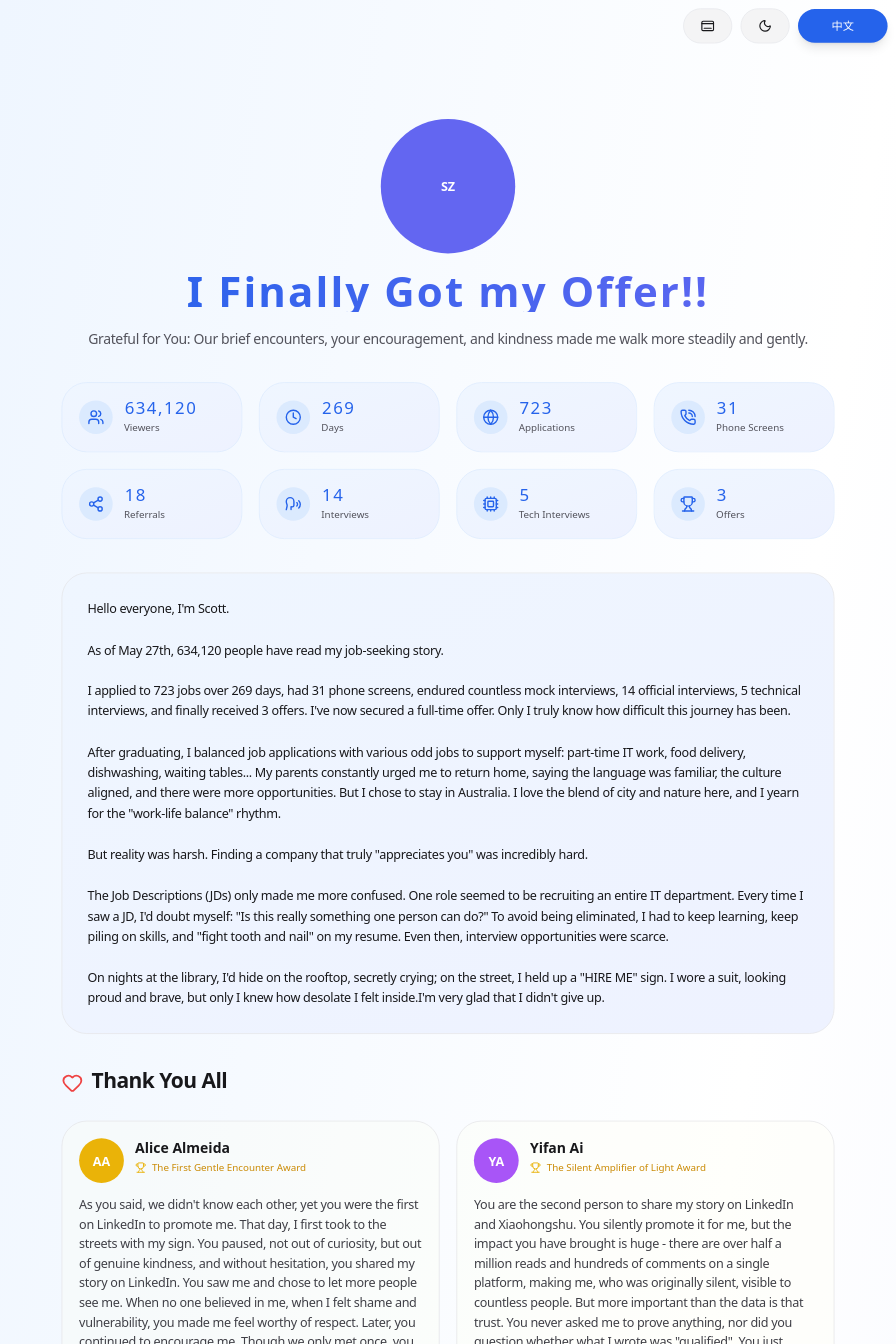
Repository: Xianzhezhang97/ThankYou
Page: /
An editor plug-in stored every save of this project. The page is shown before and after the next save, followed by the edit.
The browser window is 1280 px wide. The pictures show the part of the page from y = 0 to 1920 px (the page is 9072 px tall), at 70% of full size.
Pictures or frames that could not be fetched are drawn as grey boxes. The page's requests for data from a server got no answer. The project was rebuilt for these pictures with package versions that can differ from the ones it lists, and the page was loaded fresh each time. The framework's server and built-in components were replaced by stand-ins that run in the browser. No one was signed in, and anything a server would have sent is missing. Also part of the build but not shown: next.config.ts.

Above is the page before, as saved 2025-06-16 02:09:56.

### app/layout.tsx
/** @format */

import type { Metadata } from 'next';
import '@/styles/globals.css';
import { ThemeProvider } from 'next-themes';

export const metadata: Metadata = {
  title: 'Scott Zhang - My Journey',
  description: 'A story of perseverance and success in job hunting',
};

export default function RootLayout({
  children,
}: Readonly<{
  children: React.ReactNode;
}>) {
  return (
    <html
      lang='en'
      suppressHydrationWarning
    >
      <body>
        <ThemeProvider
          attribute='class'
          defaultTheme='system'
        >
          {children}
        </ThemeProvider>
      </body>
    </html>
  );
}

### app/components/LinkedInAvatar.tsx
/** @format */

import { Linkedin } from 'lucide-react';
import Link from 'next/link';
import React, { useState, useEffect } from 'react';

interface LinkedInAvatarProps {
  name: string;
  size?: string;
  src?: string;
  url?: string;
}

export const LinkedInAvatar = ({
  name,
  size = 'md:w-16 md:h-16 w-10 h-10',
  src,
  url,
}: LinkedInAvatarProps) => {
  const [showFallback, setShowFallback] = useState(false);
  const [isLinkValid, setIsLinkValid] = useState(true);

  // Check if the URL is valid (optional)
  useEffect(() => {
    if (url) {
      const checkUrl = async () => {
        try {
          // This is just a simple check - in production you might want to use a different approach
          // as direct fetch might be blocked by CORS
          const response = await fetch(url, {
            method: 'HEAD',
            mode: 'no-cors',
          });
          setIsLinkValid(true);
        } catch (error) {
          setIsLinkValid(false);
        }
      };

      checkUrl();
    } else {
      setIsLinkValid(false);
    }
  }, [url]);

  const getAvatarColor = (name: string) => {
    const colors = [
      'bg-blue-500',
      'bg-purple-500',
      'bg-green-500',
      'bg-yellow-500',
      'bg-red-500',
      'bg-indigo-500',
      'bg-pink-500',
      'bg-teal-500',
    ];
    const index = name
      .split('')
      .reduce((acc, char) => acc + char.charCodeAt(0), 0);
    return colors[index % colors.length];
  };

  const initials = name
    .split(' ')
    .map((n) => n[0])
    .join('')
    .substring(0, 2)
    .toUpperCase();

  // Show initials if no src, or image failed to load, or link is invalid
  const shouldShowInitials = !src || showFallback || !isLinkValid;

  return (
    <div>
      <div
        className={`${size} rounded-full ${
          shouldShowInitials ? getAvatarColor(name) : ''
        } flex items-center justify-center text-white font-bold text-lg relative`}
      >
        {!shouldShowInitials && (
          <img
            src={src}
            alt={name}
            onError={() => setShowFallback(true)}
            className='w-full h-full object-cover absolute inset-0 rounded-full'
          />
        )}
        {shouldShowInitials && initials}

        {name && url && isLinkValid && (
          <div className='absolute -bottom-1 -right-1 md:w-6 md:h-6 size-4 p-1 md:p-1.5 bg-blue-600 rounded-full flex items-center justify-center dark:bg-blue-600 dark:text-white'>
            <Linkedin className='md:size-4 size-3 text-white' />
          </div>
        )}
      </div>
    </div>
  );
};

### app/components/StatsCard.tsx
import { motion } from 'framer-motion';
import { LucideIcon } from 'lucide-react';
import { Number } from '@/stories/Components/Number/Number';

interface StatsCardProps {
  icon: LucideIcon;
  number: string;
  label: string;
  darkMode: boolean;
}

export const StatsCard = ({
  icon: Icon,
  number,
  label,
  darkMode,
}: StatsCardProps) => (
  <motion.div
    // layout
    whileHover={{ scale: 1.02 }}
    className={`p-6 rounded-xl  ${
      darkMode ? 'bg-zinc-800' : 'bg-gradient-to-br from-blue-50 to-indigo-50'
    } border ${darkMode ? 'border-zinc-700' : 'border-blue-100'}`}
  >
    <div className='flex items-center gap-4'>
      <div
        className={`p-3 rounded-lg ${darkMode ? 'bg-blue-600' : 'bg-blue-100'}`}
      >
        <Icon
          className={`w-6 h-6 ${darkMode ? 'text-white' : 'text-blue-600'}`}
        />
      </div>
      <div>
        <div>
          <Number
            value={number}
            format='none'
            animation='slide'
            duration={0.6}
            decimalPlaces={0}
            maxNumberPlaces={0}
            useShortFormat={false}
            className='text-2xl font-bold text-blue-600'
          />
        </div>
        <div
          className={`text-sm ${darkMode ? 'text-zinc-400' : 'text-zinc-600'}`}
        >
          {label}
        </div>
      </div>
    </div>
  </motion.div>
);

### app/components/PersonCard.tsx
/** @format */

import { useState } from 'react';
import { motion } from 'framer-motion';
import Link from 'next/link';
import { Trophy } from 'lucide-react';
import { LinkedInAvatar } from './LinkedInAvatar';
import { Person } from '../types';

interface PersonCardProps {
  person: Person;
  index: number;
  darkMode: boolean;
}

export const PersonCard = ({ person, index, darkMode }: PersonCardProps) => {
  const [isExpand, setExpand] = useState<boolean>(false);
  return (
    <motion.div
      initial={{ opacity: 0 }}
      whileInView={{ opacity: 1 }}
      transition={{ duration: 1 }}
      viewport={{ once: true, margin: '0px 0px -200px 0px' }}
      className={`p-6 rounded-xl  ${
        darkMode
          ? 'bg-sky-950 border-sky-900'
          : 'bg-yellow-50/20 border-zinc-200'
      } border transition-all duration-300`}
    >
      <Link
        href={person.url || '#'}
        target='_blank'
        className='flex items-start gap-4 mb-4'
      >
        <LinkedInAvatar name={person.name} src={person.src} url={person.url} />
        <div className='flex-1'>
          <h3 className='text-xl font-bold mb-1'>{person.name}</h3>
          <div className='flex items-center gap-2 mb-2'>
            <Trophy className='w-4 h-4 text-yellow-500' />
            <span
              className={`text-sm font-medium
                ${isExpand ? 'c' : ''}
                ${darkMode ? 'text-yellow-400' : 'text-yellow-600'}`}
            >
              {person.award}
            </span>
          </div>
        </div>
      </Link>
      <p
        className={`text-sm md:text-base lg:text-lg ${
          darkMode ? 'text-zinc-300' : 'text-zinc-700'
        } leading-relaxed`}
      >
        {person.description}
      </p>
    </motion.div>
  );
};

### app/data/stats.ts
import {
  Clock,
  Users,
  Globe,
  Star,
  Trophy,
  Cpu,
  Speech,
  PhoneCall,
  Share2,
} from 'lucide-react';

export const getStats = (language: 'zh' | 'en') =>
  language === 'zh'
    ? [
        { icon: Users, number: '634120', label: '关注' },
        { icon: Clock, number: '269', label: '天' },
        { icon: Globe, number: '723', label: '在线申请' },
        { icon: PhoneCall, number: '31', label: '电话面试' },
        { icon: Share2, number: '18', label: '内部推荐' },
        { icon: Speech, number: '14', label: '正式面试' },
        { icon: Cpu, number: '5', label: '技术面试' },
        { icon: Trophy, number: '3', label: '成功 Offer' },
      ]
    : [
        { icon: Users, number: '634120', label: 'Viewers' },
        { icon: Clock, number: '269', label: 'Days' },
        { icon: Globe, number: '723', label: 'Applications' },
        { icon: PhoneCall, number: '31', label: 'Phone Screens' },
        { icon: Share2, number: '18', label: 'Referrals' },
        { icon: Speech, number: '14', label: 'Interviews' },
        { icon: Cpu, number: '5', label: 'Tech Interviews' },
        { icon: Trophy, number: '3', label: 'Offers' },
      ];

### utils/cn.ts
/** @format */

import { clsx, type ClassValue } from 'clsx';
import { twMerge } from 'tailwind-merge';

export function cn(...inputs: ClassValue[]) {
  return twMerge(clsx(inputs));
}

### stories/Components/Number/util/formatNumber.tsx
import { NumberFormat, NumberType } from "../Number";
import { applyCurrencyShortFormat } from "./applyCurrencyShortFormat";
import { formatWithType } from "./formatWithType";

// This function formats a number based on the given format and locale.
// It supports different number formats (none, currency, percentage, decimal) and different number types (standard, scientific, engineering).
// It also supports short format for large numbers.
//
// Parameters:
// value: The number to format.
// format: The format to use for the number (none, currency, percentage, decimal).
// decimalPlaces: The number of decimal places to use.
// locale: The locale to use for the number.
// currencyType: The currency type to use for the number.
// useShortFormat: Whether to use short format for large numbers.
// numberType: The number type to use for the number (standard, scientific, engineering).
// maxNumberPlaces: The maximum number of places to use for the number.
// Returns: The formatted number as a string.

export const formatNumber = (
  value: number | string,
  format: NumberFormat = 'none',
  decimalPlaces: number = 0,
  locale: string = 'en-US',
  currencyType: string = 'USD',
  useShortFormat: boolean = false,
  numberType: NumberType = 'standard',
  maxNumberPlaces: number = 0
): string => {
  if (typeof value === 'string') return value;
  if (typeof value !== 'number') return 'NaN';
  const num = Number(value);

  switch (format) {
    case 'currency':
      return useShortFormat
        ? applyCurrencyShortFormat(num, maxNumberPlaces, decimalPlaces, locale, currencyType)
        : new Intl.NumberFormat(locale, {
            style: 'currency',
            currency: currencyType,
            minimumFractionDigits: decimalPlaces,
            maximumFractionDigits: decimalPlaces,
          }).format(num);
    case 'percentage':
      return new Intl.NumberFormat(locale, {
        style: 'percent',
        minimumFractionDigits: decimalPlaces,
        maximumFractionDigits: decimalPlaces,
      }).format(num);
    case 'decimal':
      return formatWithType(num, useShortFormat, maxNumberPlaces, decimalPlaces, numberType, locale);
    default:
      return formatWithType(num, useShortFormat, maxNumberPlaces, decimalPlaces, numberType, locale);
  }
};

### stories/Components/Number/util/getAnimationVariants.tsx
import { Variants } from "framer-motion";
export type AnimationType = 'flip' | 'slide' | 'fade' | 'none';

// This function is used to get the variants for the animation
// It is used by the AnimatedNumber component to get the variants for the animation.
//
// Parameters:
// animation: The animation to use for the number (flip, slide, fade, none).
// duration: The duration of the animation.
// delay: The delay of the animation.
// Returns: The variants for the animation.


const commonTransition = (duration: number, delay: number) => ({
  type: "spring",
  stiffness: 200,
  damping: 20,
  bounce: 0.5,
  duration: duration / 2,
  delay,
});

export const getVariants = (
  animation: AnimationType,
  duration: number = 0.5,
  delay: number = 0
): Variants => {
  const commonStates = {
    center: {
      opacity: 1,
      transition: commonTransition(duration, delay)
    },
    exit: {
      opacity: 0,
      transition: commonTransition(duration, delay)
    }
  };

  switch (animation) {
    case 'flip':
      return {
        enter: (direction: 'up' | 'down') => ({
          rotateX: direction === 'up' ? 90 : -90,
          opacity: 0,

          transition: commonTransition(duration, delay)
        }),
        ...commonStates,
        center: {
          ...commonStates.center,
          rotateX: 0,
        },
        exit: (direction: 'up' | 'down') => ({
          ...commonStates.exit,
          rotateX: direction === 'up' ? -90 : 90,
          transition: commonTransition(duration, delay)
        })
      };

    case 'slide':
      return {
        enter: (direction: 'up' | 'down') => ({
          y: direction === 'up' ? '100%' : '-100%',
          opacity: 0,
          transition: commonTransition(duration, delay)
        }),
        ...commonStates,
        center: {
          ...commonStates.center,
          y: 0,
        },
        exit: (direction: 'up' | 'down') => ({
          ...commonStates.exit,
          y: direction === 'up' ? '-100%' : '100%',
          transition: commonTransition(duration, delay)
        })
      };

    case 'fade':
      return {
        enter: {
          opacity: 0,
          transition: commonTransition(duration, delay)
        },
        ...commonStates
      };

    default:
      return {};
  }
};

### stories/Components/Number/util/applyCurrencyShortFormat.tsx
import { calculateDecimalPlaces } from "./calculateDecimalPlaces";

// This function formats a number with currency short format.
// It supports different number formats (none, currency, percentage, decimal) and different number types (standard, scientific, engineering).
// It also supports short format for large numbers.
//
// Parameters:
// num: The number to format.
// maxNumberPlaces: The maximum number of places to use for the number.
// decimalPlaces: The number of decimal places to use.
// locale: The locale to use for the number.
// currencyType: The currency type to use for the number.
// Returns: The formatted number as a string.

// For example:
// applyCurrencyShortFormat(1234567, 2, 2, 'en-US', 'USD') returns '$1.2M'
// applyCurrencyShortFormat(1234567, 3, 2, 'en-US', 'EUR') returns '€1.23M'
// applyCurrencyShortFormat(1234567, 2, 2, 'en-US', 'JPY') returns '¥1.2M'

export const applyCurrencyShortFormat = ( num: number, maxNumberPlaces: number, decimalPlaces: number, locale: string, currencyType: string ): string =>
{
  const absNum = Math.abs( num );
  let divisor = 1;
  let suffix = '';

  if ( absNum >= 1e15 ) { divisor = 1e15; suffix = 'Q'; }
  else if ( absNum >= 1e12 ) { divisor = 1e12; suffix = 'T'; }
  else if ( absNum >= 1e9 ) { divisor = 1e9; suffix = 'B'; }
  else if ( absNum >= 1e6 ) { divisor = 1e6; suffix = 'M'; }
  else if ( absNum >= 1e3 ) { divisor = 1e3; suffix = 'K'; }

  const scaledNum = num / divisor;
  const actualDecimalPlaces = calculateDecimalPlaces( scaledNum, true, maxNumberPlaces, decimalPlaces );

  const formatter = new Intl.NumberFormat( locale, {
    style: 'currency',
    currency: currencyType,
  } );
  const symbol = formatter.formatToParts( 0 ).find( part => part.type === 'currency' )?.value || '';

  let formatted = scaledNum.toFixed( actualDecimalPlaces );
  if ( actualDecimalPlaces > 0 )
  {
    formatted = formatted.replace( /\.?0+$/, '' );
    if ( formatted.endsWith( '.' ) ) formatted = formatted.slice( 0, -1 );
  }

  return divisor === 1
    ? formatter.format( num )
    : `${ symbol }${ formatted }${ suffix }`;
};

### stories/Components/Number/util/formatWithType.tsx
import { NumberType } from "../Number";
import { applyShortFormat } from "./applyShortFormat";
import { formatWithSignificantDigits } from "./formatWithSignificantDigits";

// This function formats a number with significant digits.
// It supports different number types (standard, scientific, engineering).
// It also supports short format for large numbers.
//
// Parameters:
// num: The number to format.
// useShortFormat: Whether to use short format for large numbers.
// maxNumberPlaces: The maximum number of places to use for the number.
// decimalPlaces: The number of decimal places to use.
// numberType: The number type to use for the number (standard, scientific, engineering).
// locale: The locale to use for the number.
// Returns: The formatted number as a string.

// For example:
// formatWithType(1234567, true, 2, 2, 'standard', 'en-US') returns '1.2M'
// formatWithType(1234567, false, 2, 2, 'standard', 'en-US') returns '1,234,567'
// formatWithType(1234567, true, 2, 2, 'scientific', 'en-US') returns '1.23E6'
// formatWithType(1234567, true, 2, 2, 'engineering', 'en-US') returns '1.23E6'

export const formatWithType = ( num: number, useShortFormat: boolean, maxNumberPlaces: number, decimalPlaces: number, numberType: NumberType, locale: string ): string =>
{
  if ( useShortFormat ) return applyShortFormat( num, maxNumberPlaces, decimalPlaces );

  switch ( numberType )
  {
    case 'scientific':
      return formatWithSignificantDigits( num, 'scientific', decimalPlaces, maxNumberPlaces );
    case 'engineering':
      return formatWithSignificantDigits( num, 'engineering', decimalPlaces, maxNumberPlaces );
    default:
      return new Intl.NumberFormat( locale, {
        minimumFractionDigits: decimalPlaces,
        maximumFractionDigits: decimalPlaces
      } ).format( num );
  }
};

### stories/Components/Number/util/calculateDecimalPlaces.tsx
// This function calculates the number of decimal places to use for a number.
// It supports different number formats (none, currency, percentage, decimal) and different number types (standard, scientific, engineering).
// It also supports short format for large numbers.
//
// Parameters:
// num: The number to calculate the decimal places for.
// isShortFormat: Whether to use short format for large numbers.
// maxNumberPlaces: The maximum number of places to use for the number.
// decimalPlaces: The number of decimal places to use.
// Returns: The number of decimal places to use.

export const calculateDecimalPlaces = ( num: number, isShortFormat: boolean, maxNumberPlaces: number, decimalPlaces: number ): number =>
{
    if (maxNumberPlaces <= 0) return decimalPlaces;

    const absNum = Math.abs(num);
    if (absNum === 0) return decimalPlaces;

    let integerDigits = absNum >= 1 ? Math.floor(Math.log10(absNum)) + 1 : 0;

    if (isShortFormat) {
      if (absNum >= 1e3 && absNum < 1e6) integerDigits -= 3;
      else if (absNum >= 1e6 && absNum < 1e9) integerDigits -= 6;
      else if (absNum >= 1e9 && absNum < 1e12) integerDigits -= 9;
      else if (absNum >= 1e12 && absNum < 1e15) integerDigits -= 12;
      else if ( absNum >= 1e15 ) integerDigits -= 15;
    }

    return Math.max(0, maxNumberPlaces - integerDigits);
};

### stories/Components/Number/util/applyShortFormat.tsx
import { calculateDecimalPlaces } from "./calculateDecimalPlaces";

// This function formats a number with short format.
// It supports different number formats (none, currency, percentage, decimal) and different number types (standard, scientific, engineering).
// It also supports short format for large numbers.
//
// Parameters:
// num: The number to format.
// maxNumberPlaces: The maximum number of places to use for the number.
// decimalPlaces: The number of decimal places to use.
// Returns: The formatted number as a string.

export const applyShortFormat = ( num: number, maxNumberPlaces: number, decimalPlaces: number ): string =>
{
    const absNum = Math.abs(num);
    let divisor = 1;
    let suffix = '';

    if (absNum >= 1e15) { divisor = 1e15; suffix = 'Q'; }
    else if (absNum >= 1e12) { divisor = 1e12; suffix = 'T'; }
    else if (absNum >= 1e9) { divisor = 1e9; suffix = 'B'; }
    else if (absNum >= 1e6) { divisor = 1e6; suffix = 'M'; }
    else if (absNum >= 1e3) { divisor = 1e3; suffix = 'K'; }

    const scaledNum = num / divisor;
    const actualDecimalPlaces = calculateDecimalPlaces(scaledNum, true, maxNumberPlaces, decimalPlaces);

    let formatted = scaledNum.toFixed(actualDecimalPlaces);
    if (actualDecimalPlaces > 0) {
      formatted = formatted.replace(/\.?0+$/, '');
      if (formatted.endsWith('.')) formatted = formatted.slice(0, -1);
    }

    return `${formatted}${suffix}`;
};

Loaded but not shown: app/data/messages.json (290 lines, source omitted); app/page.tsx (248 lines, source omitted); stories/Components/Number/Number.tsx (229 lines, source omitted); tailwind.config.ts (197 lines, source omitted); stories/Components/Button/Button.tsx (200 lines, source omitted); stories/Components/Number/util/formatWithSignificantDigits.tsx (116 lines, source omitted); styles/globals.css (152 lines, source omitted); stories/Components/Number/components/Digit.tsx (124 lines, source omitted); stories/Components/Number/util/parseFormattedNumber.tsx (57 lines, source omitted)

After the next save:
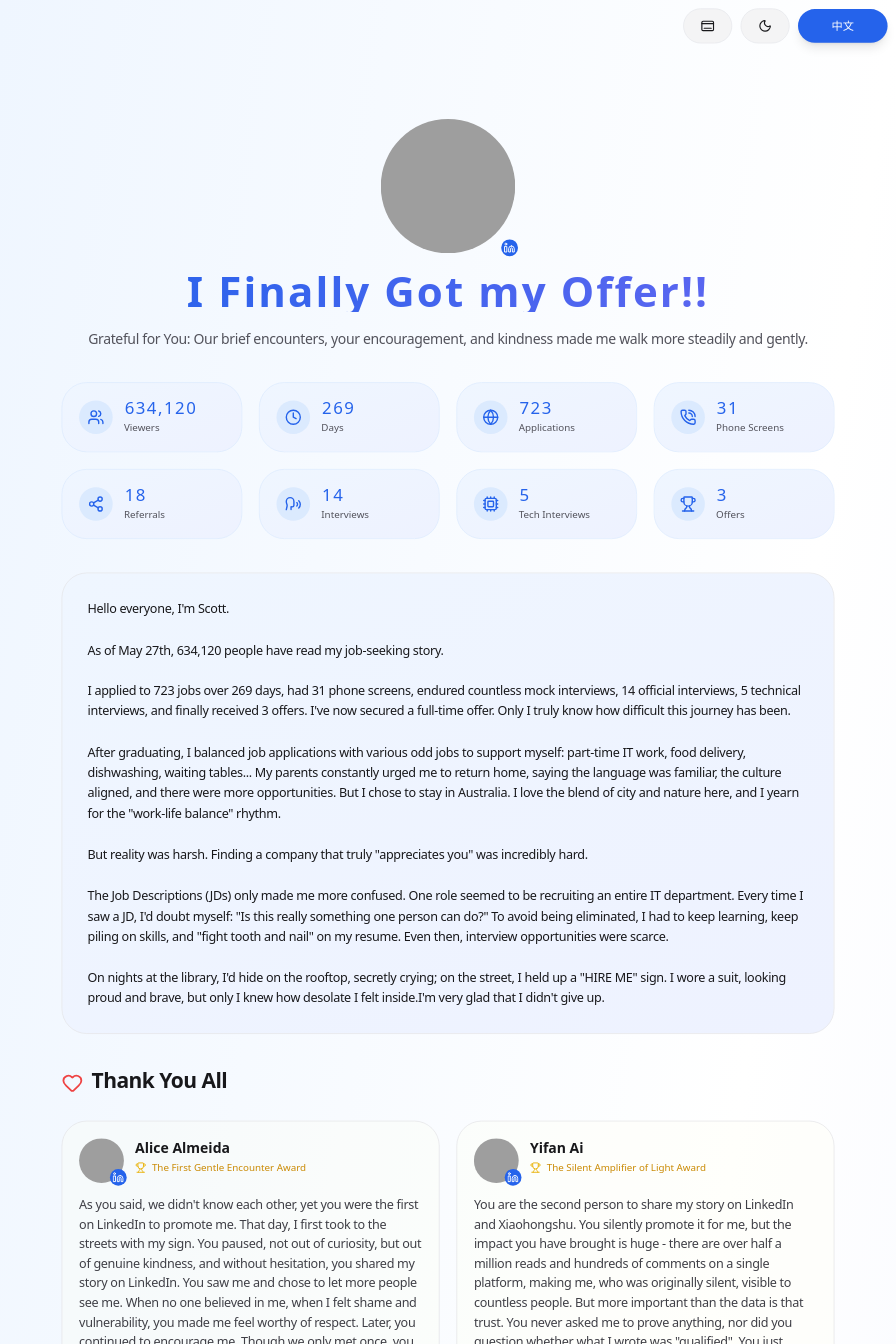
Saved 2 min 56 s later.
--- a/app/components/LinkedInAvatar.tsx
+++ b/app/components/LinkedInAvatar.tsx
@@ -18,30 +18,26 @@ export const LinkedInAvatar = ({
   url,
 }: LinkedInAvatarProps) => {
   const [showFallback, setShowFallback] = useState(false);
-  const [isLinkValid, setIsLinkValid] = useState(true);
+  const [isLinkValid, setIsLinkValid] = useState(false);
 
-  // Check if the URL is valid (optional)
+  // Check if the URL is valid
   useEffect(() => {
     if (url) {
-      const checkUrl = async () => {
-        try {
-          // This is just a simple check - in production you might want to use a different approach
-          // as direct fetch might be blocked by CORS
-          const response = await fetch(url, {
-            method: 'HEAD',
-            mode: 'no-cors',
-          });
-          setIsLinkValid(true);
-        } catch (error) {
-          setIsLinkValid(false);
-        }
-      };
+      try {
+        // Basic validation: Check if it's a properly formatted URL
+        const urlObj = new URL(url);
+        // Consider it valid if it exists and has a supported format
+        const isLinkedIn = urlObj.hostname.includes('linkedin.com');
+        const hasValidExtension = !url.endsWith('.png') || src; // Don't count PNG URLs as invalid if we have a src image
 
-      checkUrl();
+        setIsLinkValid(isLinkedIn);
+      } catch (error) {
+        setIsLinkValid(false);
+      }
     } else {
       setIsLinkValid(false);
     }
-  }, [url]);
+  }, [url, src]);
 
   const getAvatarColor = (name: string) => {
     const colors = [
@@ -67,8 +63,8 @@ export const LinkedInAvatar = ({
     .substring(0, 2)
     .toUpperCase();
 
-  // Show initials if no src, or image failed to load, or link is invalid
-  const shouldShowInitials = !src || showFallback || !isLinkValid;
+  // Show initials if no src, or image failed to load
+  const shouldShowInitials = !src || showFallback;
 
   return (
     <div>
@@ -89,7 +85,9 @@ export const LinkedInAvatar = ({
 
         {name && url && isLinkValid && (
           <div className='absolute -bottom-1 -right-1 md:w-6 md:h-6 size-4 p-1 md:p-1.5 bg-blue-600 rounded-full flex items-center justify-center dark:bg-blue-600 dark:text-white'>
-            <Linkedin className='md:size-4 size-3 text-white' />
+            <Link href={url} target='_blank' rel='noopener noreferrer'>
+              <Linkedin className='md:size-4 size-3 text-white' />
+            </Link>
           </div>
         )}
       </div>
